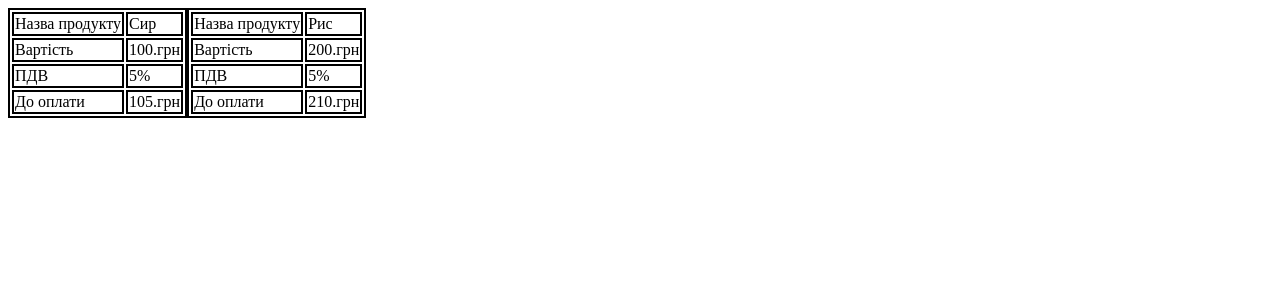
Repository: AnatoliyZaporozhets/HomeTask
Page: / (app in HomeWork_1/)
These files come from the project's save history. The page is drawn as it stood at one moment and after the next save; the edit follows.
The browser window is 1280 px wide. The pictures show the whole page.
The project was rebuilt for these pictures with package versions that can differ from the ones it lists, and the page was loaded fresh each time.

Above is the page before, as saved 2022-04-08 16:24:45.

After the next save:
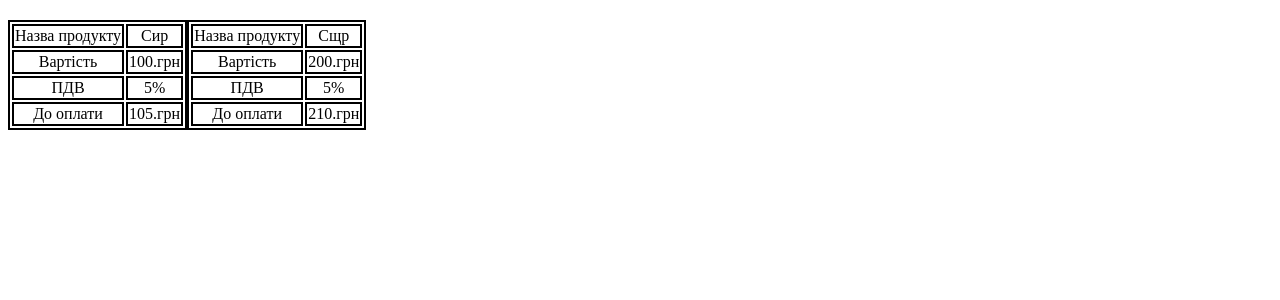
Saved 38 s later.
--- a/HomeWork_1/src/App.vue
+++ b/HomeWork_1/src/App.vue
@@ -27,7 +27,7 @@ export default {
         },
         {
           id: 2,
-          productName: 'Рис',
+          productName: 'Сщр',
           price:200,
 
         },
@@ -38,4 +38,10 @@ export default {
 </script>
 
 <style>
+#app {
+
+  text-align: center;
+
+  margin-top: 20px;
+}
 </style>
